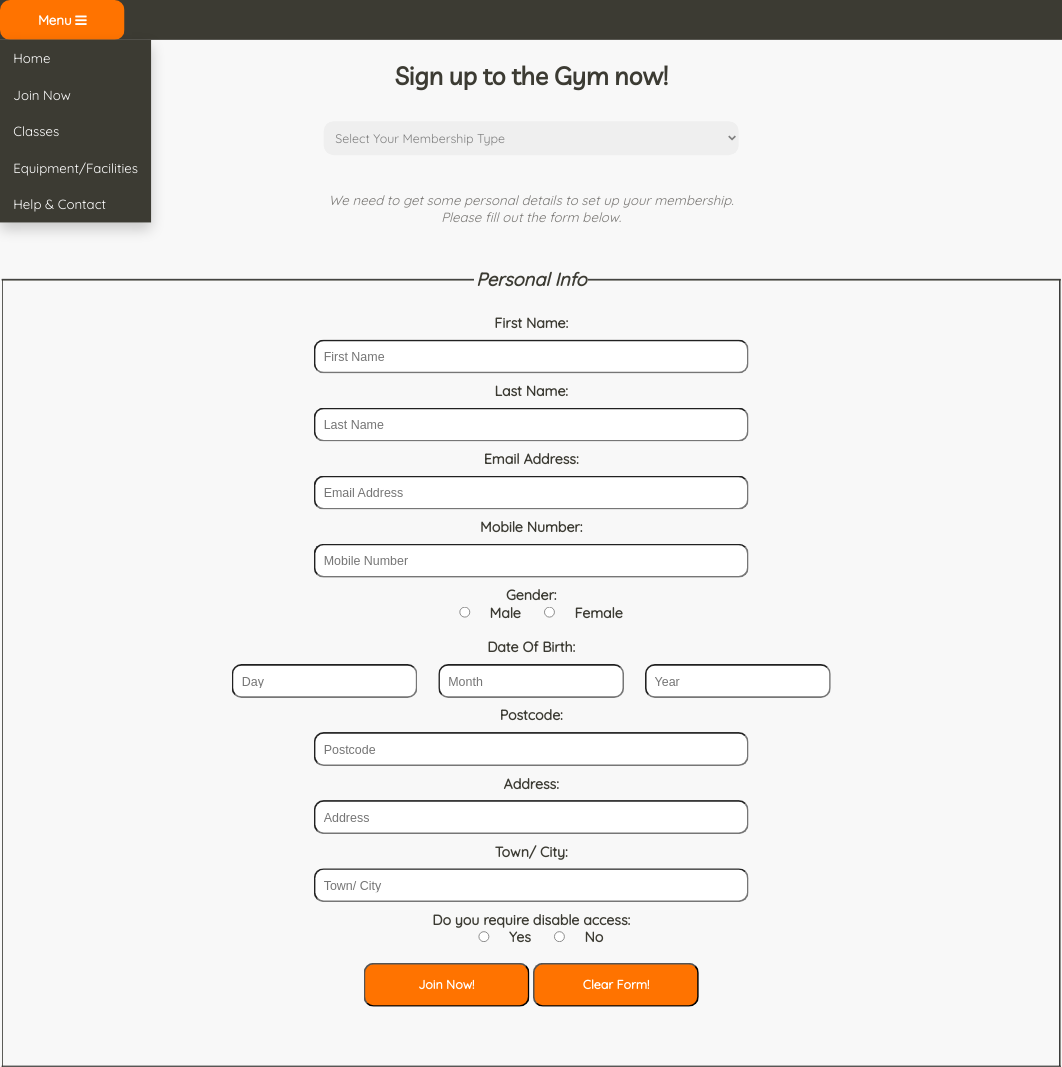
Repository: RicardoAzuul/the_fitness_hub
Page: join_now.html
The author's editor kept a record of every edit. The page is drawn from the files as they stood at one moment, then again after the next edit.
The browser window is 1280 px wide. The pictures show the whole page, at 83% of full size.

Above is the page before.

### join_now.html
<!DOCTYPE html>
<html>
    <head>
        <meta charset="UTF-8">
        <meta name="viewport" content="width=device-width, initial-scale=1.0">
        <meta http-equiv="X-UA-Compatible" content="ie=edge">
        <title>The Fitness Hub</title>
        <link rel="stylesheet" href="https://cdnjs.cloudflare.com/ajax/libs/font-awesome/4.7.0/css/font-awesome.min.css">
        <link rel="stylesheet" href="css/style.css" type="text/css">
        <link href="https://fonts.googleapis.com/css?family=Livvic&display=swap" rel="stylesheet">
        <link href="https://fonts.googleapis.com/css?family=Quicksand&display=swap" rel="stylesheet">
    </head>
    <body>
        <header>
            <div class="navbar">
           <div class="dropdown">
           <button class="dropbtn">Menu
           <i class="fa fa-bars"></i>
           </button>
           <div class="dropdown-content">
           <a href="index.html">Home</a>
           <a href="join_now.html">Join Now</a>
           <a href="classes.html">Classes</a>
           <a href="equipment.html">Equipment/Facilities</a>
           <a href="help_and_contact.html">Help & Contact</a>
           </div>
           </div>
           </div>
        </header>
        <h2 class="sign_up">Sign up to the Gym now!</h2>
        <div class="row">
         <select class="options">
        <option value="">Select Your Membership Type</option>
         <option value="Day pass">Day Pass - £4.99</option>
         <option value="Month pass">Monthly - £14.99</option>
        </select>
        <br><br>
    <p class="Warning">We need to get some personal details to set up your membership.<br> Please fill out the form below.</p>
    <br><br>
    <form>
    <fieldset>
        <legend>Personal Info</legend>
        <br>
        <div class="info"></div>
        First Name:<br>
        <input type="text" name="firstname" placeholder="First Name"><br>
        Last Name:<br>
        <input type="text" name="lastname" placeholder="Last Name"><br>
        Email Address:<br>
        <input type="email" name="email" placeholder="Email Address"><br>
        Mobile Number:<br>
        <input type="text" name="number" placeholder="Mobile Number"><br>
        Gender:<br>
        <input type="radio" name="gender" value="male" class="box">Male
        <input type="radio" name="gender" value="female" class="box">Female
        <br><br>
        Date Of Birth:<br>
        <input type="day" name="day" placeholder="Day" class="dob">
        <input type="text" name="month" placeholder="Month" class="dob">
        <input type="year" name="year" placeholder="Year" class="dob"><br>
        Postcode:<br>
        <input type="postcode" name="postcode" placeholder="Postcode"><br>
        Address:<br>
        <input type="address" name="address" placeholder="Address"><br>
        Town/ City:<br>
        <input type="town" name="town" placeholder="Town/ City"><br>
        Do you require disable access:<br>
        <input type="radio" name="disable" value="yes" class="box">Yes
        <input type="radio" name="disable" value="no" class="box">No
        <br><br>
        <button type="submit" onclick="alert('Form has been submitted! Please check your mailbox for your email confirmation.')">Join Now!</button>
        <button type="reset">Clear Form!</button>
        <br><br>
        </div>
    </fieldset>
    </form>
    </div>
    </body>
    </html>

Loaded but not shown: css/style.css (1271 lines, source omitted)

After the next edit:
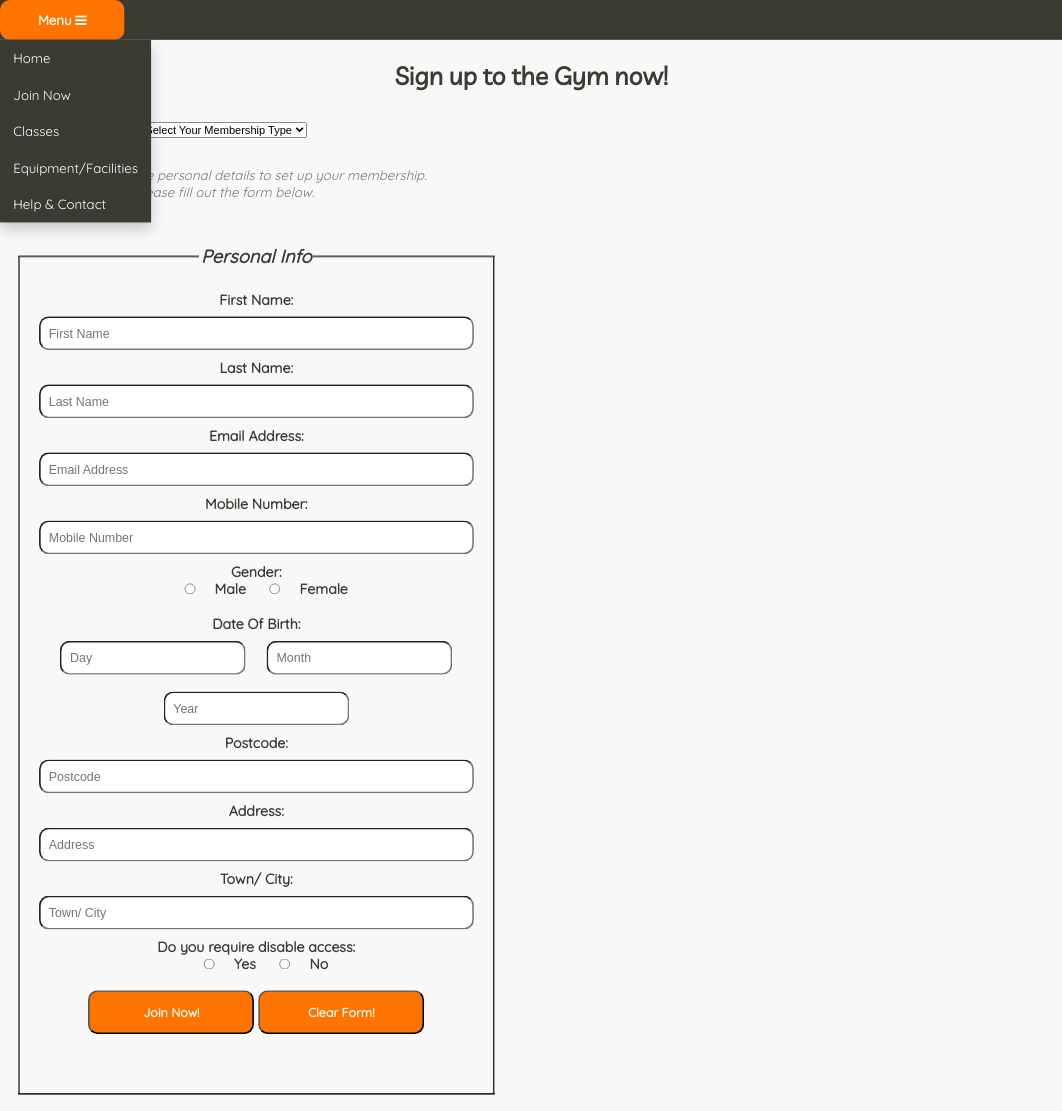
The edit:
--- a/join_now.html
+++ b/join_now.html
@@ -29,7 +29,8 @@
         </header>
         <h2 class="sign_up">Sign up to the Gym now!</h2>
         <div class="row">
-         <select class="options">
+            <div class="options">
+         <select>
         <option value="">Select Your Membership Type</option>
          <option value="Day pass">Day Pass - £4.99</option>
          <option value="Month pass">Monthly - £14.99</option>

After the edit that followed:
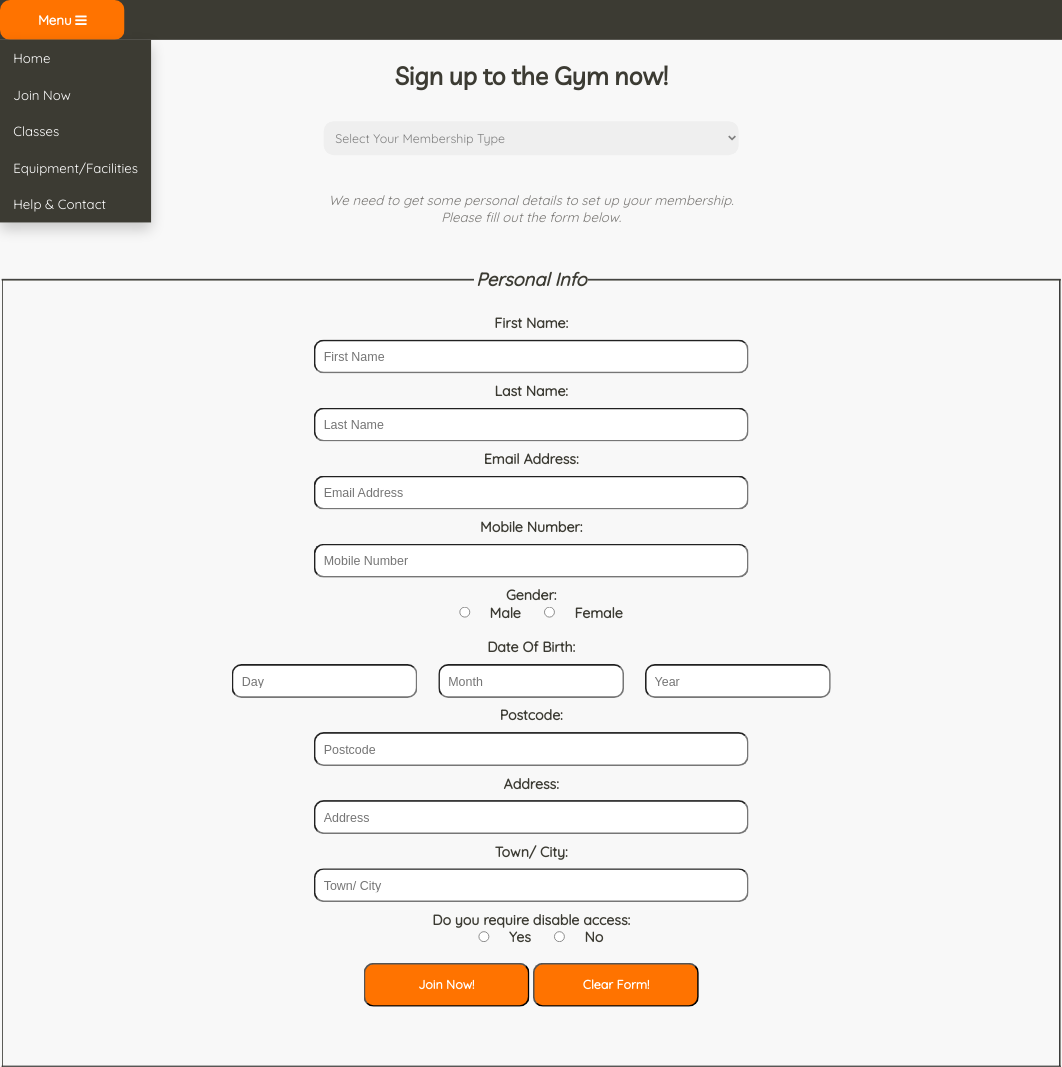
The edit:
--- a/join_now.html
+++ b/join_now.html
@@ -29,8 +29,7 @@
         </header>
         <h2 class="sign_up">Sign up to the Gym now!</h2>
         <div class="row">
-            <div class="options">
-         <select>
+         <select class="options">
         <option value="">Select Your Membership Type</option>
          <option value="Day pass">Day Pass - £4.99</option>
          <option value="Month pass">Monthly - £14.99</option>
